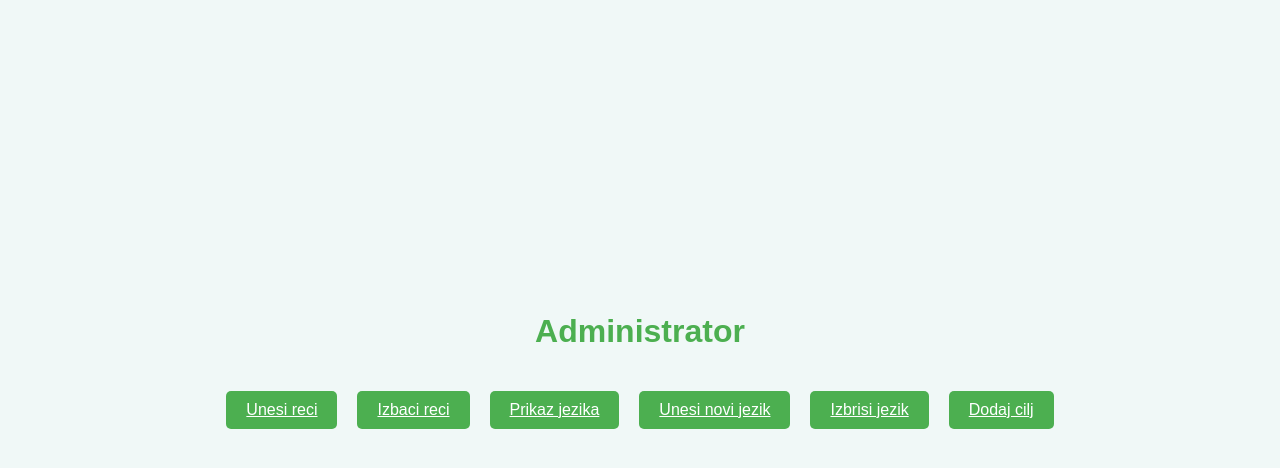
Repository: jodz4k/Polilingo-Spring-web-app
Page: http://localhost/PolilingoWeb/administrator.jsp
These files come from the project's save history. The page is drawn as it stood at one moment and after the next save; the edit follows.
The browser window is 1280 px wide. The pictures show the whole page.
The page is served by Tomcat 10.

Above is the page before, as saved 2024-01-29 18:04:41.

After the next save:
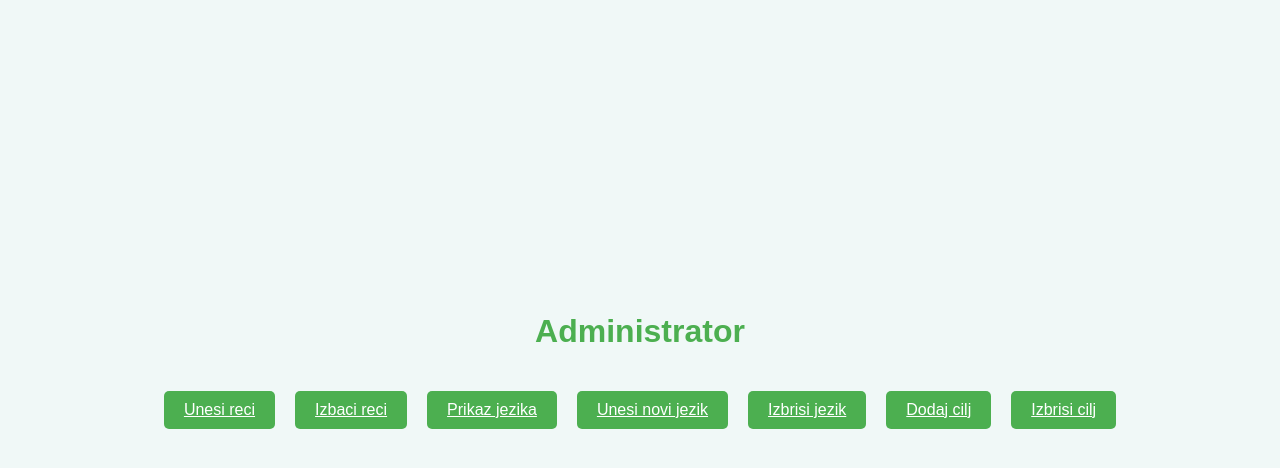
Saved 9 s later.
--- a/PolilingoWeb/src/main/webapp/administrator.jsp
+++ b/PolilingoWeb/src/main/webapp/administrator.jsp
@@ -76,6 +76,7 @@
 		<a href="/Polilingo/admUnesiJezik.jsp" class="button add-language-button">Unesi novi jezik</a>
 		<a href="/Polilingo/admUnesiJezik.jsp" class="button add-language-button">Izbrisi jezik</a>
 		<a href="/Polilingo/admUnesiJezik.jsp" class="button add-language-button">Dodaj cilj</a>
+		<a href="/Polilingo/admUnesiJezik.jsp" class="button add-language-button">Izbrisi cilj</a>
     </div>
 </body>
 
